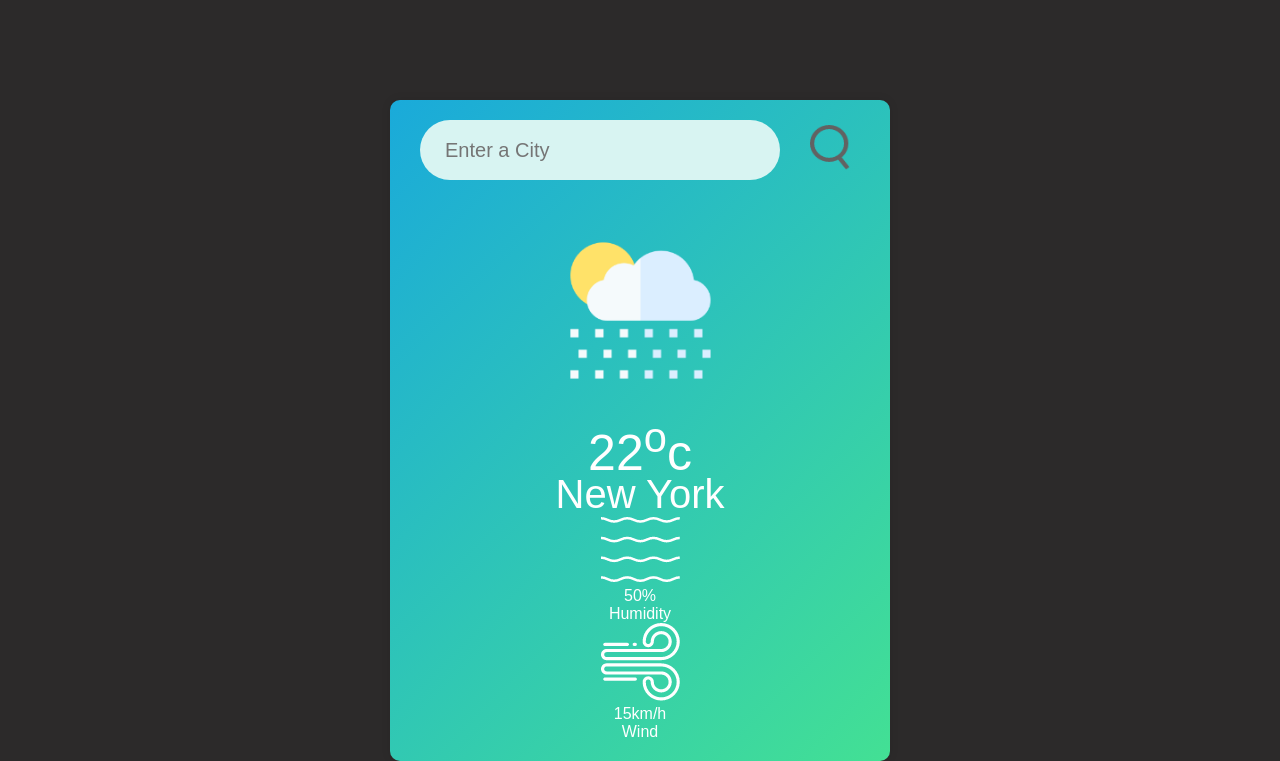
Repository: Haakim19/weatherApp
Page: index.html
These files come from the project's save history. The page is drawn as it stood at one moment and after the next save; the edit follows.
The browser window is 1280 px wide. The pictures show the whole page.

Above is the page before, as saved 2024-11-16 21:39:51.

### index.html
<!DOCTYPE html>
<html lang="en">
<head>
    <meta charset="UTF-8">
    <meta name="viewport" content="width=device-width, initial-scale=1.0">
    <title>Weather App</title>
    <link rel="stylesheet" href="style.css">
</head>
<body>
    <div class="card">
        <div class="search">
            <input type="text" placeholder="Enter a City" spellcheck="false">
            <button><img src="images/search.png"></button>
        </div>
        <div class="weather">
            <img src="images/rain.png" class="weather-icon">
            <h1 class="temp">22<sup>o</sup>c</h1>
            <h2 class="city">New York</h2>
        </div>
        <div class="details">
            <div class="col">
                <img src="images/humidity.png">
            </div>
            <div>
                <p class="humidity">50%</p>
                <p>Humidity</p>
            </div>

            <div class="col">
                <img src="images/wind.png">
            </div>
            <div>
                <p class="wind">15km/h</p>
                <p>Wind</p>
            </div>

        </div>
    </div>
</body>
</html>

### style.css
*{
    margin: 0;
    padding: 0;
    box-sizing: border-box;
    font-family: 'Poppins', sans-serif;
}

body{
    background: #2c2a2a;
}
.card{
    width: 90%;
    max-width: 500px;
    color: #fff;
    background:linear-gradient(135deg, #1aaada 0%, #43e094 100%);
    margin: 100px auto 0 ;
    border-radius: 10px;
    padding: 20px 30px;
    text-align: center;
    box-shadow: 0 0 10px rgba(0,0,0,0.1);
}
.search{
    width: 100%;
    display: flex;
    justify-content: space-between;
    align-items: center;
}
.search input{
    border:0;
    outline:0;
    background: #d8f4f2;
    padding: 10px 25px;
    border-radius: 40px;
    flex: 1;
    margin-right: 20px;
    font-size: 20px;
    height: 60px;
}
.search button{
    border:0;
    outline:0;
    background:none;
    /* padding: 10px 20px; */
    border-radius: 50%;
    font-size: 20px;
    cursor: pointer;
    height: 60px;
    width: 60px;
}
.search button img{
    width: 40px;
    height: 45px;

}
.weather-icon{
    width:200px;
    margin-top: 30px;
}
.weather h1{
    font-size: 50px;
    font-weight: 500;
}
.weather h2{
    font-size: 40px;
    font-weight: 500;
    margin-top: -10px;
}

After the next save:
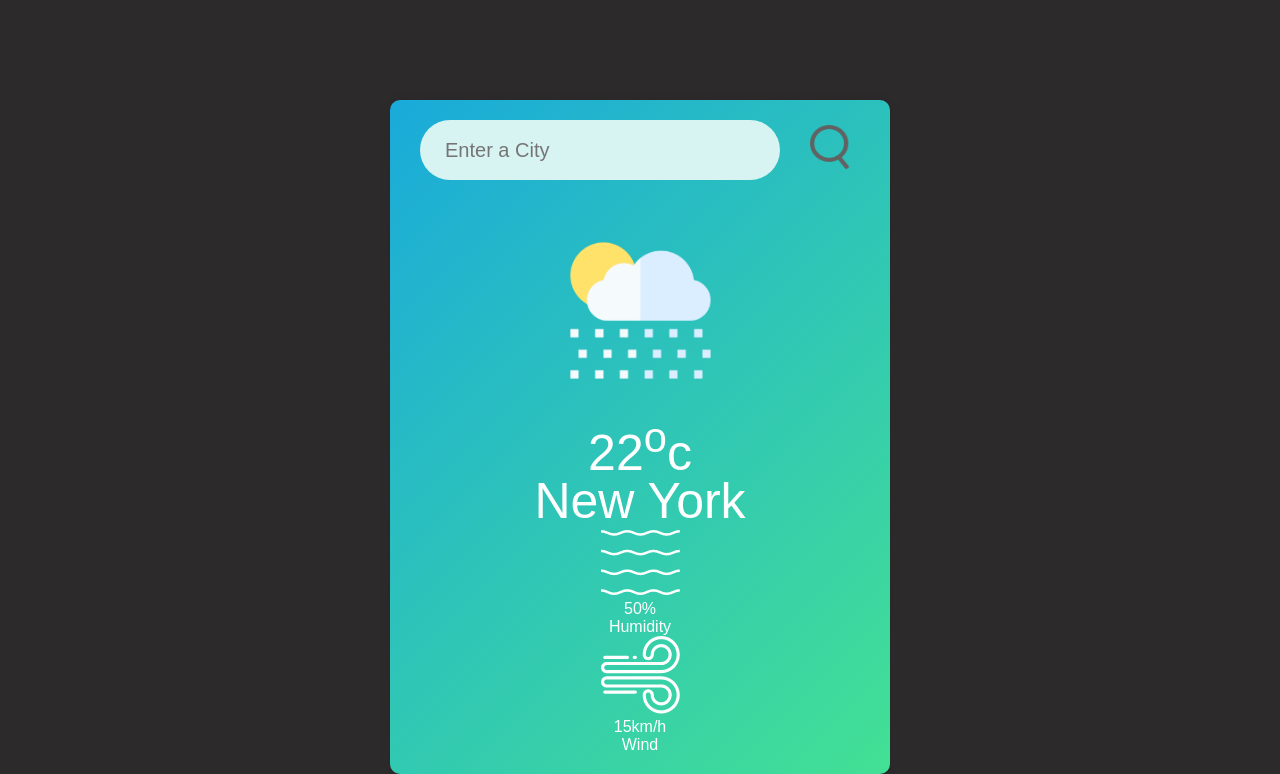
Saved 8 s later.
--- a/style.css
+++ b/style.css
@@ -61,7 +61,7 @@
     font-weight: 500;
 }
 .weather h2{
-    font-size: 40px;
+    font-size: 50px;
     font-weight: 500;
     margin-top: -10px;
 }

After the save that followed:
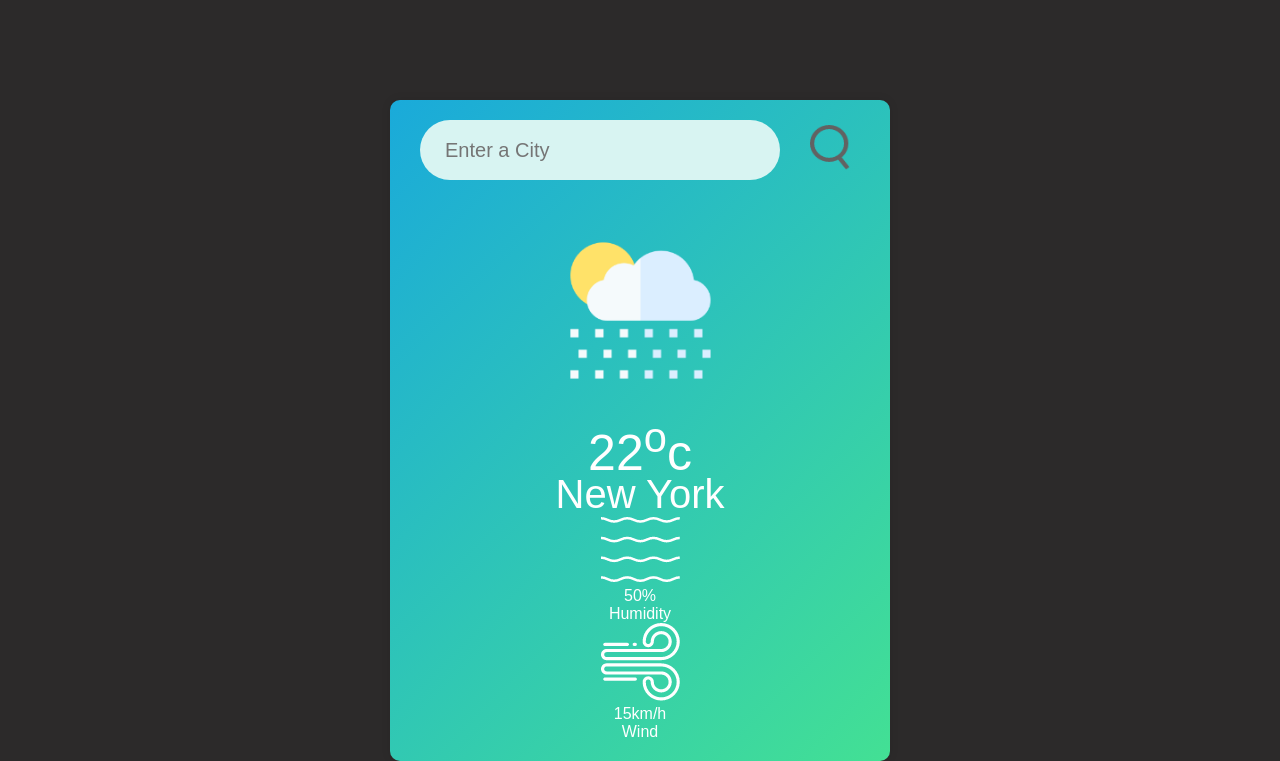
Saved 4 s later.
--- a/style.css
+++ b/style.css
@@ -61,7 +61,7 @@
     font-weight: 500;
 }
 .weather h2{
-    font-size: 50px;
+    font-size: 40px;
     font-weight: 500;
     margin-top: -10px;
 }
